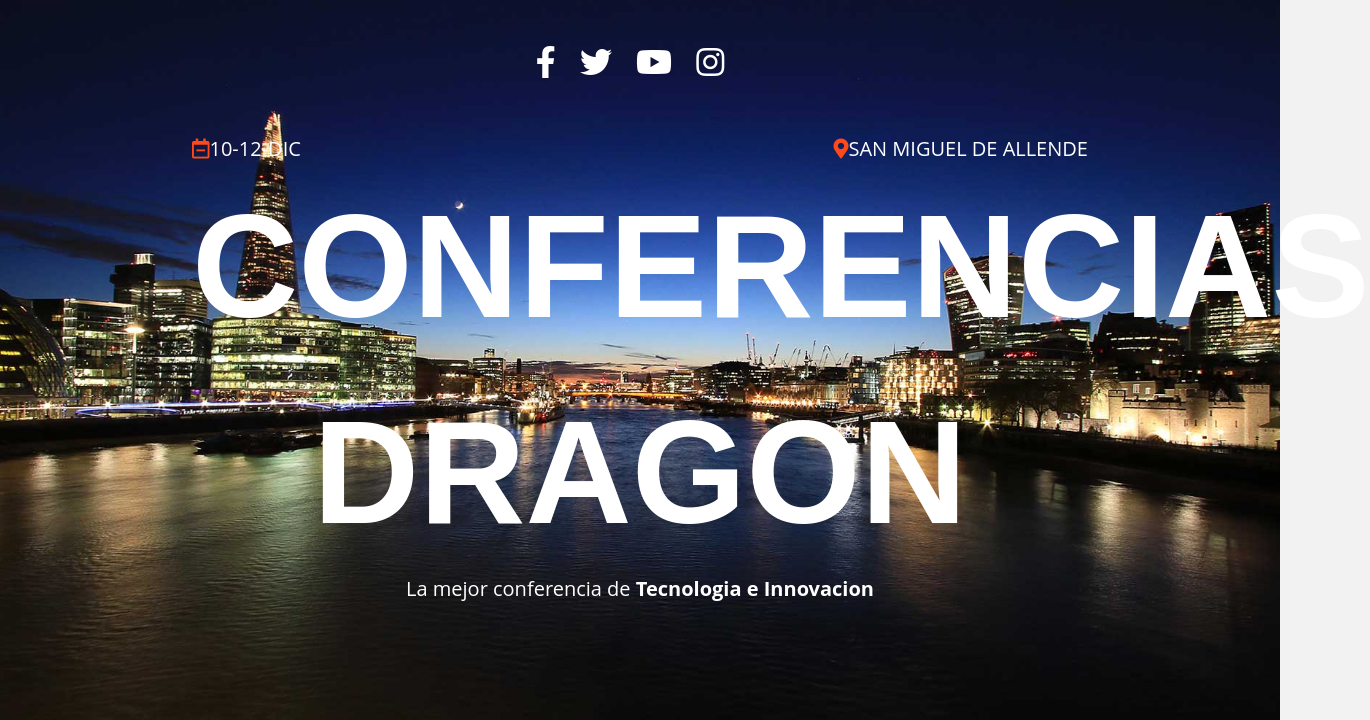
Repository: edgarhdzp/pagina-conferencias-reservaciones
Page: index.html
An editor plug-in stored every save of this project. The page is shown before and after a run of saves, followed by the edit.
The browser window is 1280 px wide. The page is 1370 px wide, so the pictures cover 1370 px, including what lies to the right of the window. The pictures show the whole page.

Above is the page before, as saved 2020-06-16 21:38:16.

### index.html
<!doctype html>
<html class="no-js" lang="">

<head>
    <meta charset="utf-8">
    <title>CONFERENCIAS</title>
    <meta name="description" content="">
    <meta name="viewport" content="width=device-width, initial-scale=1">

    <meta property="og:title" content="">
    <meta property="og:type" content="">
    <meta property="og:url" content="">
    <meta property="og:image" content="">

    <link rel="manifest" href="site.webmanifest">
    <link rel="apple-touch-icon" href="icon.png">
    <!-- Place favicon.ico in the root directory -->

    <link rel="stylesheet" href="css/normalize.css">
    <link rel="stylesheet" href="css/fontawesome.min.css">
    <link rel="stylesheet" href="css/all.min.css">
    <link rel="stylesheet" href="css/main.css">
    <link href="https://fonts.googleapis.com/css2?family=Oswald:wght@200&display=swap" rel="stylesheet">

    <meta name="theme-color" content="#fafafa">
</head>

<body>


    <header class="site-header">
        <div class="hero">
            <div class="contenido-header">
                <nav class="redes-sociales">
                    <a href="·"><i class="fab fa-facebook-f"></i></a>
                    <a href="·"><i class="fab fa-twitter"></i></a>
                    <a href="·"><i class="fab fa-youtube"></i></a>
                    <a href="·"><i class="fab fa-instagram"></i></a>
                </nav>
                <div class="informacion-evento">
                    <div class="clearfix">
                        <p class="fecha"><i class="far fa-calendar-minus"></i>10-12-Dic</p>
                        <p class="ciudad"><i class="fas fa-map-marker-alt"></i>San Miguel de Allende</p>
                    </div>
                    <h1 class="nombre-sitio">Conferencias Dragon</h1>
                    <p class="slogan">La mejor conferencia de <span>Tecnologia e Innovacion</span></p>
                </div>
            </div>
        </div>
    </header>

    <script src="js/vendor/modernizr-3.11.2.min.js"></script>
    <script src="js/plugins.js"></script>
    <script src="js/main.js"></script>

    <!-- Google Analytics: change UA-XXXXX-Y to be your site's ID. -->
    <script>
        window.ga = function() {
            ga.q.push(arguments)
        };
        ga.q = [];
        ga.l = +new Date;
        ga('create', 'UA-XXXXX-Y', 'auto');
        ga('set', 'anonymizeIp', true);
        ga('set', 'transport', 'beacon');
        ga('send', 'pageview')
    </script>
    <script src="https://www.google-analytics.com/analytics.js" async></script>
</body>

</html>

### css/main.css
    /*! HTML5 Boilerplate v8.0.0 | MIT License | https://html5boilerplate.com/ */
    /* main.css 2.1.0 | MIT License | https://github.com/h5bp/main.css#readme */
    /*
 * What follows is the result of much research on cross-browser styling.
 * Credit left inline and big thanks to Nicolas Gallagher, Jonathan Neal,
 * Kroc Camen, and the H5BP dev community and team.
 */
    /* ==========================================================================
   Base styles: opinionated defaults
   ========================================================================== */

    html {
        color: #222;
        font-size: 1em;
        line-height: 1.4;
    }
    /*
 * Remove text-shadow in selection highlight:
 * https://twitter.com/miketaylr/status/12228805301
 *
 * Vendor-prefixed and regular ::selection selectors cannot be combined:
 * https://stackoverflow.com/a/16982510/7133471
 *
 * Customize the background color to match your design.
 */

     ::-moz-selection {
        background: #b3d4fc;
        text-shadow: none;
    }

     ::selection {
        background: #b3d4fc;
        text-shadow: none;
    }
    /*
 * A better looking default horizontal rule
 */

    hr {
        display: block;
        height: 1px;
        border: 0;
        border-top: 1px solid #ccc;
        margin: 1em 0;
        padding: 0;
    }
    /*
 * Remove the gap between audio, canvas, iframes,
 * images, videos and the bottom of their containers:
 * https://github.com/h5bp/html5-boilerplate/issues/440
 */

    audio,
    canvas,
    iframe,
    img,
    svg,
    video {
        vertical-align: middle;
    }
    /*
 * Remove default fieldset styles.
 */

    fieldset {
        border: 0;
        margin: 0;
        padding: 0;
    }
    /*
 * Allow only vertical resizing of textareas.
 */

    textarea {
        resize: vertical;
    }
    /* ==========================================================================
   Author's custom styles
   ========================================================================== */

    html {
        box-sizing: border-box;
    }

    *,
    *:before,
    *:after {
        box-sizing: inherit;
    }

    body {
        background-color: #f2f2f2;
        font-family: 'Open Sans', sans-serif;
    }

    h2 {
        font-family: 'Oswald', sans-serif;
    }
    /*header*/

    div.hero {
        background-image: url(../img/encabezado.jpg);
        height: 100vh;
        background-position: top center;
        background-size: cover;
    }

    div.contenido-header {
        padding-top: 40px;
    }

    @media only screen and(min-width:768px) {
        div.contenido-header {
            padding-top: 10px;
        }
    }

    nav.redes-sociales {
        text-align: center;
    }

    nav.redes-sociales a {
        color: #ffffff;
        font-size: 2em;
        margin-right: 20px;
    }

    nav.redes-sociales a :last-child {
        margin-right: 0;
    }

    div.informacion-evento {
        text-align: center;
        color: #fff;
    }

    @media only screen and (min-width:768px) {
        div.informacion-evento {
            width: 70%;
            margin: 0 auto;
            margin-top: 50px;
        }
    }

    div.informacion-evento p {
        margin: 0;
        display: inline;
        font-size: 20px;
        text-transform: uppercase;
    }

    div.informacion-evento p i {
        color: #fe4918;
        font-size: 2.4 em;
    }

    p.fecha {
        float: left;
    }

    p.ciudad {
        float: right;
    }

    p.slogan {
        text-transform: none!important;
    }

    p.slogan span {
        font-weight: bold;
    }

    h1.nombre-sitio {
        font-family: 'PT Sans', sans-serif;
        text-transform: uppercase;
        font-size: 5.9vw;
    }

    @media only screen and (min-width:768px) {
        h1.nombre-sitio {
            font-size: 11.5vw;
            margin: 0;
        }
    }
    /* ==========================================================================
   Helper classes
   ========================================================================== */
    /*
 * Hide visually and from screen readers
 */

    .hidden,
    [hidden] {
        display: none !important;
    }
    /*
 * Hide only visually, but have it available for screen readers:
 * https://snook.ca/archives/html_and_css/hiding-content-for-accessibility
 *
 * 1. For long content, line feeds are not interpreted as spaces and small width
 *    causes content to wrap 1 word per line:
 *    https://medium.com/@jessebeach/beware-smushed-off-screen-accessible-text-5952a4c2cbfe
 */

    .sr-only {
        border: 0;
        clip: rect(0, 0, 0, 0);
        height: 1px;
        margin: -1px;
        overflow: hidden;
        padding: 0;
        position: absolute;
        white-space: nowrap;
        width: 1px;
        /* 1 */
    }
    /*
 * Extends the .sr-only class to allow the element
 * to be focusable when navigated to via the keyboard:
 * https://www.drupal.org/node/897638
 */

    .sr-only.focusable:active,
    .sr-only.focusable:focus {
        clip: auto;
        height: auto;
        margin: 0;
        overflow: visible;
        position: static;
        white-space: inherit;
        width: auto;
    }
    /*
 * Hide visually and from screen readers, but maintain layout
 */

    .invisible {
        visibility: hidden;
    }
    /*
 * Clearfix: contain floats
 *
 * For modern browsers
 * 1. The space content is one way to avoid an Opera bug when the
 *    `contenteditable` attribute is included anywhere else in the document.
 *    Otherwise it causes space to appear at the top and bottom of elements
 *    that receive the `clearfix` class.
 * 2. The use of `table` rather than `block` is only necessary if using
 *    `:before` to contain the top-margins of child elements.
 */

    .clearfix::before,
    .clearfix::after {
        content: " ";
        display: table;
    }

    .clearfix::after {
        clear: both;
    }
    /* ==========================================================================
   EXAMPLE Media Queries for Responsive Design.
   These examples override the primary ('mobile first') styles.
   Modify as content requires.
   ========================================================================== */

    @media only screen and (min-width: 35em) {
        /* Style adjustments for viewports that meet the condition */
    }

    @media print,
    (-webkit-min-device-pixel-ratio: 1.25),
    (min-resolution: 1.25dppx),
    (min-resolution: 120dpi) {
        /* Style adjustments for high resolution devices */
    }
    /* ==========================================================================
   Print styles.
   Inlined to avoid the additional HTTP request:
   https://www.phpied.com/delay-loading-your-print-css/
   ========================================================================== */

    @media print {
        *,
        *::before,
        *::after {
            background: #fff !important;
            color: #000 !important;
            /* Black prints faster */
            box-shadow: none !important;
            text-shadow: none !important;
        }
        a,
        a:visited {
            text-decoration: underline;
        }
        a[href]::after {
            content: " (" attr(href) ")";
        }
        abbr[title]::after {
            content: " (" attr(title) ")";
        }
        /*
   * Don't show links that are fragment identifiers,
   * or use the `javascript:` pseudo protocol
   */
        a[href^="#"]::after,
        a[href^="javascript:"]::after {
            content: "";
        }
        pre {
            white-space: pre-wrap !important;
        }
        pre,
        blockquote {
            border: 1px solid #999;
            page-break-inside: avoid;
        }
        /*
   * Printing Tables:
   * https://web.archive.org/web/20180815150934/http://css-discuss.incutio.com/wiki/Printing_Tables
   */
        thead {
            display: table-header-group;
        }
        tr,
        img {
            page-break-inside: avoid;
        }
        p,
        h2,
        h3 {
            orphans: 3;
            widows: 3;
        }
        h2,
        h3 {
            page-break-after: avoid;
        }
    }

### js/plugins.js
// Avoid `console` errors in browsers that lack a console.
(function() {
  var method;
  var noop = function () {};
  var methods = [
    'assert', 'clear', 'count', 'debug', 'dir', 'dirxml', 'error',
    'exception', 'group', 'groupCollapsed', 'groupEnd', 'info', 'log',
    'markTimeline', 'profile', 'profileEnd', 'table', 'time', 'timeEnd',
    'timeline', 'timelineEnd', 'timeStamp', 'trace', 'warn'
  ];
  var length = methods.length;
  var console = (window.console = window.console || {});

  while (length--) {
    method = methods[length];

    // Only stub undefined methods.
    if (!console[method]) {
      console[method] = noop;
    }
  }
}());

// Place any jQuery/helper plugins in here.

Loaded but not shown: css/normalize.css (library); css/fontawesome.min.css (library); css/all.min.css (library); js/vendor/modernizr-3.11.2.min.js (library); js/main.js (no stored copy; drawn as an empty file)

After the next 2 saves:
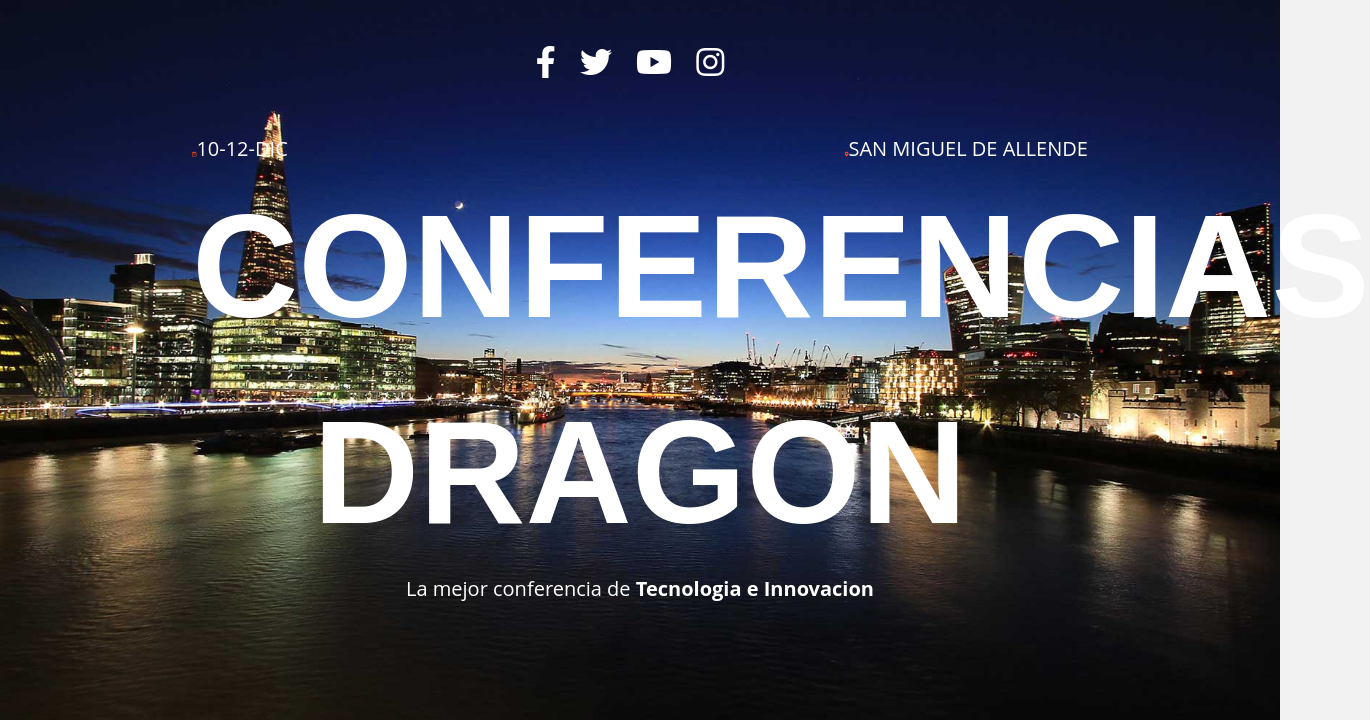
The 2 saves are shown as one change because they came seconds apart.
The last was saved 7 s later.
--- a/css/main.css
+++ b/css/main.css
@@ -152,7 +152,7 @@
 
     div.informacion-evento p i {
         color: #fe4918;
-        font-size: 2.4 em;
+        font-size: 5px;
     }
 
     p.fecha {

After the save that followed:
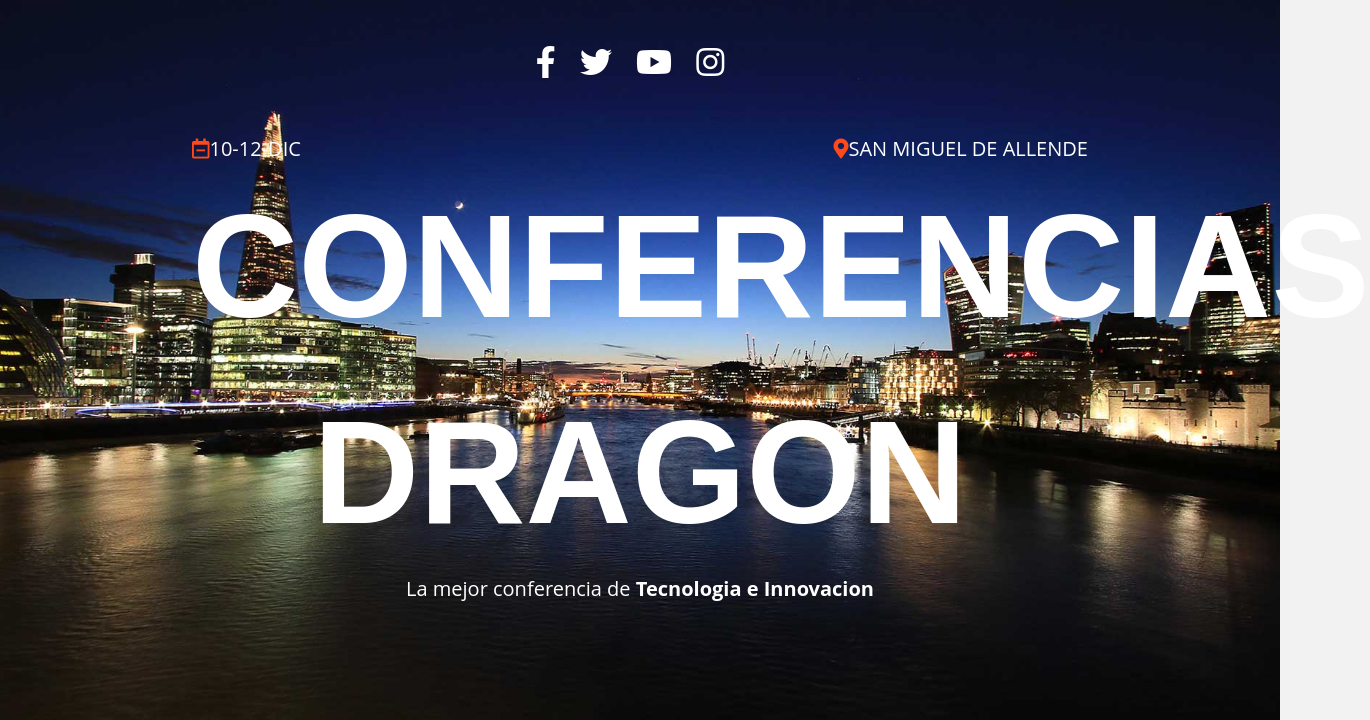
Saved 8 s later.
--- a/css/main.css
+++ b/css/main.css
@@ -152,7 +152,7 @@
 
     div.informacion-evento p i {
         color: #fe4918;
-        font-size: 5px;
+        font-size: ;
     }
 
     p.fecha {
